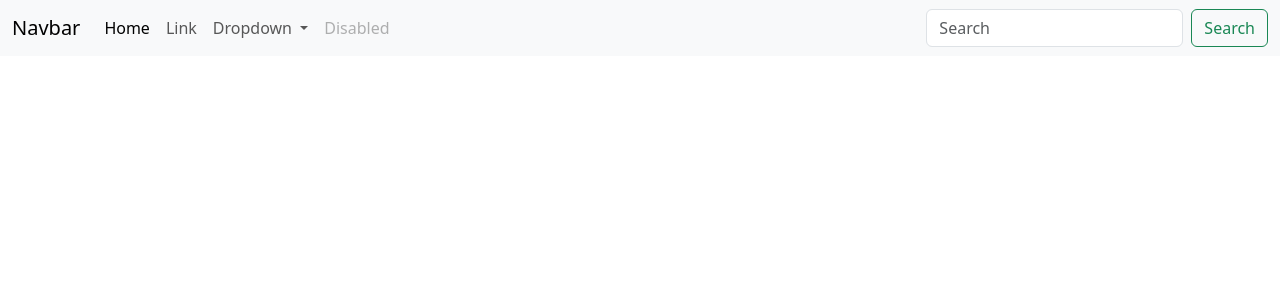
Repository: kasundiudn/Jay-Travel
Page: index.html
The author's editor kept a copy of each file at every save. The page is drawn from the files as they stood at one save, then again after the next save.
The browser window is 1280 px wide. The pictures show the whole page.

Above is the page before, as saved 2025-06-26 08:27:24.

### index.html
<!doctype html>
<html lang="en">
  <head>
    <meta charset="utf-8">
    <meta name="viewport" content="width=device-width, initial-scale=1">
    <title>Bootstrap demo</title>
    <link href="https://cdn.jsdelivr.net/npm/bootstrap@5.3.7/dist/css/bootstrap.min.css" rel="stylesheet" integrity="sha384-LN+7fdVzj6u52u30Kp6M/trliBMCMKTyK833zpbD+pXdCLuTusPj697FH4R/5mcr" crossorigin="anonymous">
  </head>
  <body>
<header>
    <nav class="navbar navbar-expand-lg bg-body-tertiary">
  <div class="container-fluid">
    <a class="navbar-brand" href="#">Navbar</a>
    <button class="navbar-toggler" type="button" data-bs-toggle="collapse" data-bs-target="#navbarSupportedContent" aria-controls="navbarSupportedContent" aria-expanded="false" aria-label="Toggle navigation">
      <span class="navbar-toggler-icon"></span>
    </button>
    <div class="collapse navbar-collapse" id="navbarSupportedContent">
      <ul class="navbar-nav me-auto mb-2 mb-lg-0">
        <li class="nav-item">
          <a class="nav-link active" aria-current="page" href="#">Home</a>
        </li>
        <li class="nav-item">
          <a class="nav-link" href="#">Link</a>
        </li>
        <li class="nav-item dropdown">
          <a class="nav-link dropdown-toggle" href="#" role="button" data-bs-toggle="dropdown" aria-expanded="false">
            Dropdown
          </a>
          <ul class="dropdown-menu">
            <li><a class="dropdown-item" href="#">Action</a></li>
            <li><a class="dropdown-item" href="#">Another action</a></li>
            <li><hr class="dropdown-divider"></li>
            <li><a class="dropdown-item" href="#">Something else here</a></li>
          </ul>
        </li>
        <li class="nav-item">
          <a class="nav-link disabled" aria-disabled="true">Disabled</a>
        </li>
      </ul>
      <form class="d-flex" role="search">
        <input class="form-control me-2" type="search" placeholder="Search" aria-label="Search"/>
        <button class="btn btn-outline-success" type="submit">Search</button>
      </form>
    </div>
  </div>
</nav>
</header>

    <script src="https://cdn.jsdelivr.net/npm/@popperjs/core@2.11.8/dist/umd/popper.min.js" integrity="sha384-I7E8VVD/ismYTF4hNIPjVp/Zjvgyol6VFvRkX/vR+Vc4jQkC+hVqc2pM8ODewa9r" crossorigin="anonymous"></script>
<script src="https://cdn.jsdelivr.net/npm/bootstrap@5.3.7/dist/js/bootstrap.min.js" integrity="sha384-7qAoOXltbVP82dhxHAUje59V5r2YsVfBafyUDxEdApLPmcdhBPg1DKg1ERo0BZlK" crossorigin="anonymous"></script>
  </body>
</html>

After the next save:
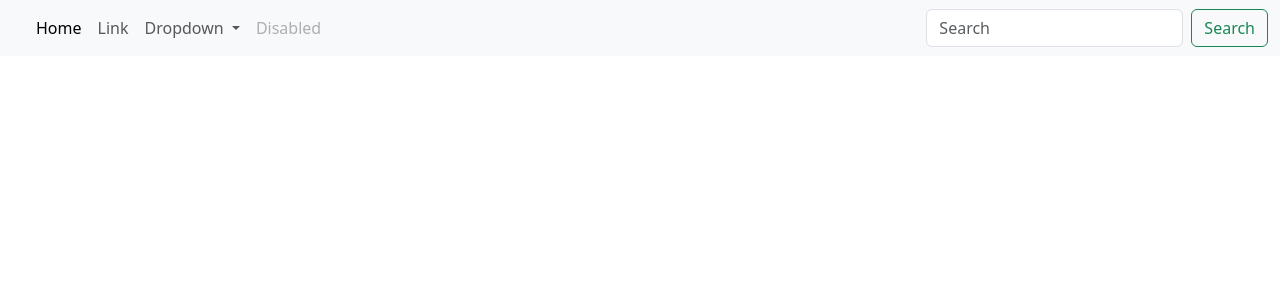
Saved 6 min 51 s later.
--- a/index.html
+++ b/index.html
@@ -10,7 +10,7 @@
 <header>
     <nav class="navbar navbar-expand-lg bg-body-tertiary">
   <div class="container-fluid">
-    <a class="navbar-brand" href="#">Navbar</a>
+    <a class="navbar-brand" href="#"></a>
     <button class="navbar-toggler" type="button" data-bs-toggle="collapse" data-bs-target="#navbarSupportedContent" aria-controls="navbarSupportedContent" aria-expanded="false" aria-label="Toggle navigation">
       <span class="navbar-toggler-icon"></span>
     </button>
